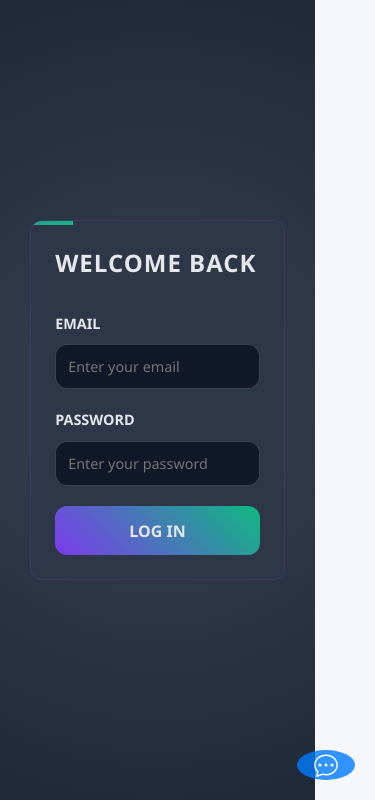
Repository: ferhadsultan98/e-commerce
Page: /
These files come from the project's save history. The page is drawn as it stood at one moment and after a run of saves; the edit follows.
The browser window is 375 px wide. The pictures show the whole page.
The project was rebuilt for these pictures with package versions that can differ from the ones it lists, and the page was loaded fresh each time. Also part of the build but not shown: vite.config.js, src/client/Styles/Products.scss, src/client/Pages/Products/ProductCard.jsx, src/client/Pages/Products/Products.jsx, src/client/Styles/TechSlider.scss, src/client/Pages/TechSlider/TechSlider.jsx, src/client/Styles/TopHeader.scss, src/client/Components/Header/TopHeader.jsx and 28 more.

Above is the page before, as saved 2025-04-22 17:07:18.

### index.html
<!doctype html>
<html lang="en">
  <head>
    <meta charset="UTF-8" />
<link rel="shortcut icon" href="/src/client/Assets/bluelogo.png" type="image/x-icon">
    <meta name="viewport" content="width=device-width, initial-scale=1.0" />
    <title>TechStore</title>
  </head>
  <body>
    <div id="root"></div>
    <script type="module" src="/src/main.jsx"></script>
  </body>
</html>

### src/App.jsx
import React, { useState, useEffect } from 'react';
import './App.scss';
import Router from './Router';
import ChatWidget from './client/Components/Chat/ChatWidget';
import ScrollButton from './client/Components/ScrollButton/ScrollButton';

function App() {
  const [isAuthenticated, setIsAuthenticated] = useState(
    sessionStorage.getItem('isAuthenticated') === 'true'
  );

  useEffect(() => {
    sessionStorage.setItem('isAuthenticated', isAuthenticated);
  }, [isAuthenticated]);

  const handleLogin = () => {
    setIsAuthenticated(true);
  };

  const handleLogout = () => {
    setIsAuthenticated(false);
    sessionStorage.removeItem('isAuthenticated');
  };

  return (
    <>
    <Router
      isAuthenticated={isAuthenticated}
      handleLogin={handleLogin}
      handleLogout={handleLogout}
    />
    <ChatWidget/>
    <ScrollButton/>
    </>
  );
}

export default App;

### src/App.scss
*{
  margin: 0;
  padding: 0;
  box-sizing: border-box;
  font-family: 'Segoe UI', Tahoma, Geneva, Verdana, sans-serif;
}
body{
  background-color: #f5f7fa;
}

### src/Router.jsx
import { BrowserRouter, Routes, Route, Navigate } from "react-router-dom";
import Login from "./client/Components/Login/Login";
import Products from "./client/Pages/Products/Products";
import TechLogoSlider from "./client/Pages/TechSlider/TechSlider";
import Layout from "./client/Components/Layout/Layout";
import productData from "./client/Pages/Products/Products.json";
import ProductFeatures from "./client/Pages/ProductFeatures/ProductFeatures";
import Category from "./client/Pages/Category/Category";
import SubCategory from "./client/Pages/SubCategory/SubCategory";
import { useState } from "react";
import ShoppingCard from "./client/Pages/ShoppingCard/ShoppingCard";
import WishList from "./client/Pages/WishList/WishList";
import Exa from "./client/Pages/Exa/Exa";
import HeroShowcase from "./client/Pages/HeroShowCase/HeroShowCase";
import SearchPage from "./client/Pages/SearchPage/SearchPage";
import MainPage from "./client/Pages/MainPage/MainPage";
import Stores from "./client/Pages/Stores/Stores";

const PrivateRoute = ({ children, isAuthenticated }) => {
  return isAuthenticated ? children : <Navigate to="/login" />;
};

const Router = ({ isAuthenticated, handleLogin, handleLogout }) => {
  const [wishlistItems, setWishlistItems] = useState([]);
  const [cartItems, setCartItems] = useState([]);

  const handleAddToWishlist = (product) => {
    if (!wishlistItems.some((item) => item.id === product.id)) {
      setWishlistItems((prev) => [...prev, product]);
    }
  };

  const handleAddToCart = (product) => {
    if (!cartItems.some((item) => item.id === product.id)) {
      setCartItems((prev) => [...prev, product]);
    }
  };

  const handleRemoveFromWishlist = (productId) => {
    setWishlistItems((prev) => prev.filter((item) => item.id !== productId));
  };

  const handleRemoveFromCart = (productId) => {
    setCartItems((prev) => prev.filter((item) => item.id !== productId));
  };

  return (
    <BrowserRouter>
      <Routes>
        <Route path="/login" element={<Login onLogin={handleLogin} />} />
        <Route
          path="/"
          element={
            <PrivateRoute isAuthenticated={isAuthenticated}>
              <Layout onLogout={handleLogout}>
                <MainPage/>
                <TechLogoSlider />
                <Products
                  onAddToWishlist={handleAddToWishlist}
                  onAddToCart={handleAddToCart}
                />

                <Exa />
                <HeroShowcase />

              </Layout>
            </PrivateRoute>
          }
        />
        <Route
          path="/category/:categoryId"
          element={
            <PrivateRoute isAuthenticated={isAuthenticated}>
              <Layout onLogout={handleLogout}>
                <Category
                  onAddToWishlist={handleAddToWishlist}
                  onAddToCart={handleAddToCart}
                />
              </Layout>
            </PrivateRoute>
          }
        />
        <Route
          path="/category/:categoryId/:subCategoryId"
          element={
            <PrivateRoute isAuthenticated={isAuthenticated}>
              <Layout onLogout={handleLogout}>
                <SubCategory
                  categories={productData.categories}
                  subCategories={productData.subCategories}
                  onAddToWishlist={handleAddToWishlist}
                  onAddToCart={handleAddToCart}
                />
              </Layout>
            </PrivateRoute>
          }
        />
        <Route
          path="/product/:productId/features"
          element={
            <PrivateRoute isAuthenticated={isAuthenticated}>
              <Layout onLogout={handleLogout}>
                <ProductFeatures />
              </Layout>
            </PrivateRoute>
          }
        />
        <Route
          path="/wishlist"
          element={
            <PrivateRoute isAuthenticated={isAuthenticated}>
              <Layout onLogout={handleLogout}>
                <WishList
                  wishlistItems={wishlistItems}
                  onRemoveFromWishlist={handleRemoveFromWishlist}
                />
              </Layout>
            </PrivateRoute>
          }
        />
        <Route
          path="/shoppingcard"
          element={
            <PrivateRoute isAuthenticated={isAuthenticated}>
              <Layout onLogout={handleLogout}>
                <ShoppingCard
                  cartItems={cartItems}
                  onRemoveFromCart={handleRemoveFromCart}
                />
              </Layout>
            </PrivateRoute>
          }
        />
        <Route
          path="/search"
          element={
            <PrivateRoute isAuthenticated={isAuthenticated}>
              <Layout onLogout={handleLogout}>
                <SearchPage
                  onAddToWishlist={handleAddToWishlist}
                  onAddToCart={handleAddToCart}
                />
              </Layout>
            </PrivateRoute>
          }
        />
         <Route
          path="/stores"
          element={
            <PrivateRoute isAuthenticated={isAuthenticated}>
              <Layout onLogout={handleLogout}>
                <Stores
                  onAddToWishlist={handleAddToWishlist}
                  onAddToCart={handleAddToCart}
                />
              </Layout>
            </PrivateRoute>
          }
        />
        <Route
          path="*"
          element={
            isAuthenticated ? <Navigate to="/" /> : <Navigate to="/login" />
          }
        />
      </Routes>
    </BrowserRouter>
  );
};

export default Router;

### src/client/Components/ScrollButton/ScrollButton.jsx
import React, { useState, useEffect } from "react";
import "../../Styles/ScrollButton.scss";
import { FaChevronUp } from "react-icons/fa";

const ScrollButton = () => {
  const [isVisible, setIsVisible] = useState(false);

  // Butonun görünürlüğünü kontrol et
  useEffect(() => {
    const toggleVisibility = () => {
      if (window.pageYOffset > 300) {
        setIsVisible(true);
      } else {
        setIsVisible(false);
      }
    };

    window.addEventListener("scroll", toggleVisibility);
    return () => window.removeEventListener("scroll", toggleVisibility);
  }, []);

  const scrollToTop = () => {
    const scrollStep = (timestamp) => {
      const start = performance.now();
      const duration = 800; // Animasyon süresi (ms)
      const easeInOutQuad = (t) => (t < 0.5 ? 2 * t * t : -1 + (4 - 2 * t) * t);

      const step = () => {
        const progress = Math.min((performance.now() - start) / duration, 1);
        const easing = easeInOutQuad(progress);
        window.scrollTo(0, (1 - easing) * window.pageYOffset);

        if (progress < 1) {
          requestAnimationFrame(step);
        }
      };

      requestAnimationFrame(step);
    };

    requestAnimationFrame(scrollStep);
  };

  return (
    <>
      {isVisible && (
        <button className="scroll-to-top" onClick={scrollToTop}>
          <FaChevronUp />
        </button>
      )}
    </>
  );
};

export default ScrollButton;

### src/client/Components/Login/Login.jsx
import React, { useState } from 'react';
import { useNavigate } from 'react-router-dom';
import '../../Styles/Login.scss';

const Login = ({ onLogin }) => {
  const [email, setEmail] = useState('');
  const [password, setPassword] = useState('');
  const [error, setError] = useState(null);
  const [loading, setLoading] = useState(false);

  const navigate = useNavigate();

  const handleLogin = async (e) => {
    e.preventDefault();
    setError(null);
    setLoading(true);

    try {
      // Simple authentication logic
      if (email && password) {
        sessionStorage.setItem('isAuthenticated', 'true');
        onLogin();
        navigate('/');
      } else {
        throw new Error('Invalid email or password');
      }
    } catch (error) {
      setError(error.message || 'An error occurred. Please try again.');
    } finally {
      setLoading(false);
    }
  };

  return (
    <div className="loginContainer">
      <div className="loginCard">
        <h2>Welcome Back</h2>
        {error && <div className="errorMessage">{error}</div>}
        <form onSubmit={handleLogin}>
          <div className="inputGroup">
            <label htmlFor="email">Email</label>
            <input
              type="email"
              id="email"
              value={email}
              onChange={(e) => setEmail(e.target.value)}
              placeholder="Enter your email"
              required
              disabled={loading}
            />
          </div>
          <div className="inputGroup">
            <label htmlFor="password">Password</label>
            <input
              type="password"
              id="password"
              value={password}
              onChange={(e) => setPassword(e.target.value)}
              placeholder="Enter your password"
              required
              disabled={loading}
            />
          </div>
          <button type="submit" className="loginBtn" disabled={loading}>
            {loading ? 'Logging In...' : 'Log In'}
          </button>
        </form>
      </div>
    </div>
  );
};

export default Login;

### src/client/Styles/ChatWidget.scss
.chatWidget {
  position: fixed;
  bottom: 20px;
  right: 20px;
  z-index: 3000;
  font-family: "Segoe UI", Tahoma, Geneva, Verdana, sans-serif;

  ::-webkit-scrollbar {
    width: 6px;
    height: 6px;
  }

  ::-webkit-scrollbar-track {
    background: transparent;
  }

  ::-webkit-scrollbar-thumb {
    background-color: #888;
    border-radius: 10px;
  }

  ::-webkit-scrollbar-thumb:hover {
    background-color: #555;
  }

  ::-webkit-scrollbar-button {
    display: none;
    height: 0;
    width: 0;
    background: transparent;
  }

  * {
    scrollbar-width: thin;
    scrollbar-color: #888 transparent;
  }

  .chatButton {
    position: fixed;
    bottom: 20px;
    right: 20px;
    width: 50px;
    height: 50px;
    background-color: #007bff;
    color: white;
    border: none;
    border-radius: 50%;
    cursor: pointer;
    font-size: 24px;
    display: flex;
    align-items: center;
    justify-content: center;
    transition: background-color 0.3s ease, transform 0.2s ease,
      opacity 0.3s ease;
    opacity: 0.8;
    z-index: 7;

    &:hover {
      background-color: #0056b3;
      transform: scale(1.1);
      opacity: 1;
    }

    i {
      display: flex;
      font-size: 24px;
    }

    &.active {
      background-color: #0044cc;
      transform: scale(0.95);
      box-shadow: 0 2px 8px rgba(0, 102, 255, 0.4);
    }
  }

  .chatContainer {
    position: fixed;
    bottom: 80px;
    right: 20px;
    width: 350px;
    height: 500px;
    background-color: white;
    border-radius: 12px;
    box-shadow: 0 10px 25px rgba(0, 0, 0, 0.1);
    display: flex;
    flex-direction: column;
    transform: translateY(20px);
    opacity: 0;
    pointer-events: none;
    transition: all 0.4s cubic-bezier(0.175, 0.885, 0.32, 1.275);
    overflow: hidden;

    &.open {
      transform: translateY(0);
      opacity: 1;
      pointer-events: all;
    }

    .chatHeader {
      background-color: #0066ff;
      color: white;
      padding: 16px;
      display: flex;
      justify-content: space-between;
      align-items: center;

      h3 {
        margin: 0;
        font-size: 18px;
      }

      .closeButton {
        background: none;
        border: none;
        color: white;
        font-size: 24px;
        cursor: pointer;
        width: 30px;
        height: 30px;
        display: flex;
        align-items: center;
        justify-content: center;
        border-radius: 50%;
        transition: background-color 0.2s;

        &:hover {
          background-color: rgba(255, 255, 255, 0.2);
        }
      }
    }

    .chatMessages {
      flex: 1;
      padding: 16px;
      overflow-y: auto;
      display: flex;
      flex-direction: column;
      gap: 12px;

      .welcomeMessage {
        background-color: #f1f5ff;
        padding: 14px;
        border-radius: 12px;
        align-self: flex-start;
        max-width: 80%;
        position: relative;
        animation: fadeIn 0.5s ease-out;

        p {
          margin: 0 0 12px 0;
        }

        .messageTime,
        .messageDate {
          font-size: 11px;
          color: #888;
          margin-right: 8px;
        }
      }

      .message {
        display: flex;
        margin-bottom: 8px;
        animation: fadeIn 0.5s ease-out;

        .messageContent {
          padding: 12px;
          border-radius: 12px;
          max-width: 80%;
          position: relative;

          p {
            margin: 0 0 6px 0;
            word-wrap: break-word;
          }

          .messageMetadata {
            display: flex;
            font-size: 11px;
            color: #888;
            margin-top: 4px;

            .messageTime {
              margin-right: 8px;
            }
          }
        }

        &.userMessage {
          justify-content: flex-end;

          .messageContent {
            background-color: #0066ff;
            color: white;
            border-bottom-right-radius: 4px;

            .messageMetadata {
              color: rgba(255, 255, 255, 0.8);
            }
          }
        }

        &.botMessage {
          justify-content: flex-start;

          .messageContent {
            background-color: #f1f5ff;
            color: #333;
            border-bottom-left-radius: 4px;
          }
        }

        &.operatorMessage {
          justify-content: flex-start;

          .messageContent {
            background-color: #ffd166;
            color: #333;
            border-bottom-left-radius: 4px;
          }
        }
      }

      .quickQuestions {
        margin-top: 16px;
        display: flex;
        flex-direction: column;
        gap: 8px;
        animation: fadeIn 0.6s ease-out;

        p {
          margin: 0 0 8px 0;
          font-size: 14px;
          color: #666;
        }

        .quickQuestion {
          background-color: #f1f5ff;
          border: 1px solid #e1e5ff;
          border-radius: 18px;
          padding: 10px 16px;
          font-size: 14px;
          cursor: pointer;
          transition: all 0.2s;
          text-align: left;

          &:hover {
            background-color: #e1e5ff;
            transform: translateY(-1px);
          }

          &:active {
            transform: translateY(1px);
          }
        }
      }

      .operatorOption {
        display: flex;
        justify-content: center;
        margin-top: 16px;
        animation: fadeIn 0.5s ease-out;

        button {
          background-color: #0066ff;
          color: white;
          border: none;
          border-radius: 18px;
          padding: 10px 20px;
          font-size: 14px;
          cursor: pointer;
          transition: all 0.2s;

          &:hover {
            background-color: #0044cc;
          }
        }
      }
    }

    .chatInputForm {
      display: flex;
      gap: 8px;
      padding: 12px;
      background-color: #f9f9f9;
      border-top: 1px solid #eee;

      input {
        flex: 1;
        padding: 12px 16px;
        border: 1px solid #ddd;
        border-radius: 24px;
        font-size: 14px;

        &:focus {
          outline: none;
          border-color: #0066ff;
        }
      }

      .emojiButton,
      .sendButton {
        width: 40px;
        height: 40px;
        border-radius: 50%;
        display: flex;
        align-items: center;
        justify-content: center;
        cursor: pointer;
        border: none;
        transition: all 0.2s;
      }

      .emojiButton {
        background-color: #f1f5ff;
        color: #666;

        &:hover {
          background-color: #e1e5ff;
        }
      }

      .sendButton {
        background-color: #0066ff;
        color: white;

        &:hover {
          background-color: #0044cc;
        }

        &:before {
          content: "→";
          font-size: 20px;
        }
      }
    }
  }
}

@keyframes fadeIn {
  from {
    opacity: 0;
    transform: translateY(10px);
  }
  to {
    opacity: 1;
    transform: translateY(0);
  }
}

@media screen and (max-width: 768px) {
  .chatWidget {
    .chatContainer {
      width: 300px;
      height: 450px;
      bottom: 70px;
    }
  }
}

@media screen and (max-width: 480px) {
  .chatWidget {
    bottom: 0;
    right: 0;

    .chatButton {
      border-radius: 50%;
      width: 30px;
      height: 30px;
      position: fixed;
    }

    .chatContainer {
      width: 100%;
      height: calc(100vh - 120px);
      bottom: 60px;
      right: 0;
      border-radius: 0;

      &.open {
        bottom: 45px;
      }
    }
  }
}

### src/client/Styles/Login.scss
/* Variables */
$primary-color: #7c3aed;
$background-color: #1f2937;
$card-bg: #2d3748;
$accent-color: #10b981;
$error-color: #ef4444;
$text-color: #e5e7eb;
$border-radius: 12px;
$glow-shadow: 0 0 12px rgba($primary-color, 0.3);

/* Base styles */
.loginContainer {
  display: flex;
  justify-content: center;
  align-items: center;
  min-height: 100vh;
  background: radial-gradient(circle at center, #374151 0%, $background-color 100%);
  padding: 1.5rem;
}

.loginCard {
  background: $card-bg;
  padding: 2.5rem;
  border-radius: $border-radius;
  border: 1px solid rgba($primary-color, 0.2);
  width: 100%;
  max-width: 420px;
  position: relative;
  overflow: hidden;
  transition: all 0.3s ease;

  &::before {
    content: '';
    position: absolute;
    top: 0;
    left: 0;
    width: 100%;
    height: 4px;
    background: linear-gradient(90deg, $primary-color, $accent-color);
    animation: slideGlow 3s infinite;
  }

  h2 {
    color: $text-color;
    font-size: 2rem;
    font-weight: 700;
    margin-bottom: 2rem;
    text-transform: uppercase;
    letter-spacing: 1px;
  }
}

@keyframes slideGlow {
  0% { transform: translateX(-100%); }
  50% { transform: translateX(100%); }
  100% { transform: translateX(-100%); }
}

.errorMessage {
  background: rgba($error-color, 0.2);
  color: $error-color;
  padding: 1rem;
  border-radius: $border-radius;
  margin-bottom: 1.5rem;
  font-size: 0.9rem;
  border-left: 4px solid $error-color;
}

.inputGroup {
  margin-bottom: 1.5rem;
  position: relative;
  display: flex;
  flex-direction: column;

  label {
    display: block;
    color: $text-color;
    font-size: 0.9rem;
    font-weight: 600;

    text-transform: uppercase;
  }

  input {
    width: 100%;
    padding: 0.85rem;
    background: #111827;
    border: 1px solid rgba($text-color, 0.2);
    border-radius: $border-radius;
    color: $text-color;
    font-size: 0.9rem;
    transition: all 0.3s ease;

    &:focus {
      outline: none;
      border-color: $primary-color;
      box-shadow: $glow-shadow;
    }

    &:disabled {
      background: #1f2937;
      opacity: 0.6;
      cursor: not-allowed;
    }
  }
}

.loginBtn {
  width: 100%;
  padding: 1rem;
  background: linear-gradient(45deg, $primary-color, $accent-color);
  color: $text-color;
  border: none;
  border-radius: $border-radius;
  font-size: 1rem;
  font-weight: 600;
  text-transform: uppercase;
  cursor: pointer;
  transition: all 0.3s ease;
  position: relative;
  overflow: hidden;

  &:hover:not(:disabled) {
    transform: scale(1.02);
    box-shadow: $glow-shadow;
  }

  &:disabled {
    background: #4b5563;
    cursor: not-allowed;
  }

  &::after {
    content: '';
    position: absolute;
    top: 50%;
    left: 50%;
    width: 0;
    height: 0;
    background: rgba(255, 255, 255, 0.2);
    border-radius: 50%;
    transform: translate(-50%, -50%);
    transition: all 0.4s ease;
  }

  &:hover::after {
    width: 200%;
    height: 200%;
  }
}

/* Responsive design */
@media (max-width: 640px) {
  .loginCard {
    padding: 2rem;
    max-width: 90%;

    h2 {
      font-size: 1.75rem;
    }
  }

  .inputGroup {
    margin-bottom: 1.25rem;

    input {
      padding: 0.75rem;
    }
  }

  .loginBtn {
    padding: 0.85rem;
  }
}

@media (max-width: 480px) {
  .loginContainer {
    padding: 1rem;
  }

  .loginCard {
    padding: 1.5rem;

    h2 {
      font-size: 1.5rem;
    }
  }

  .errorMessage {
    padding: 0.75rem;
    font-size: 0.85rem;
  }
}

### src/client/Styles/Footer.scss
.footerWrapper {
    background-color: #1a202c;
    color: #e2e8f0;
    font-family: "Inter", sans-serif;
    padding-top: 60px;
  }

  .footerContainer {
    max-width: 1280px;
    margin: 0 auto;
    padding: 0 20px;
  }

  .footerTop {
    border-bottom: 1px solid #4a5568;
    padding-bottom: 40px;
  }

  .footerTop .footerContainer {
    display: grid;
    grid-template-columns: repeat(auto-fit, minmax(200px, 1fr));
    gap: 30px;
  }

  .footerColumn {
    display: flex;
    flex-direction: column;
    gap: 20px;
  }

  .footerLogo {
    h2 {
      font-size: 24px;
      font-weight: 700;
      color: #ffffff;
      margin-bottom: 10px;
    }

    p {
      font-size: 14px;
      color: #a0aec0;
    }
  }

  .footerSocial {
    display: flex;
    gap: 15px;

    .socialIcon {
      color: #a0aec0;
      transition: color 0.3s ease;

      &:hover {
        color: #3182ce;
      }
    }
  }

  .footerColumn h3 {
    font-size: 18px;
    font-weight: 600;
    color: #ffffff;
    margin-bottom: 15px;
  }

  .footerLinks {
    list-style: none;
    padding: 0;
    margin: 0;
    display: flex;
    flex-direction: column;
    gap: 10px;

    li {
      a {
        color: #a0aec0;
        text-decoration: none;
        font-size: 14px;
        transition: color 0.3s ease;

        &:hover {
          color: #3182ce;
        }
      }
    }
  }

  .subscribeColumn {
    max-width: 300px;

    p {
      font-size: 14px;
      color: #a0aec0;
      margin-bottom: 20px;
    }
  }

  .subscribeForm {
    display: flex;
    flex-direction: column;
    gap: 10px;
  }

  .inputGroup {
    display: flex;
    gap: 10px;
  }

  .subscribeForm input {
    flex: 1;
    padding: 10px 15px;
    border: 1px solid #4a5568;
    background-color: #2d3748;
    color: #e2e8f0;
    border-radius: 4px;
    font-size: 14px;
    outline: none;

    &::placeholder {
      color: #a0aec0;
    }

    &.inputError {
      border-color: #e53e3e;
    }
  }

  .subscribeButton {
    padding: 10px 20px;
    background-color: #3182ce;
    border: none;
    border-radius: 4px;
    color: #ffffff;
    font-size: 14px;
    font-weight: 500;
    cursor: pointer;
    transition: background-color 0.3s ease;

    &:hover {
      background-color: #2b6cb0;
    }
  }

  .statusMessage {
    font-size: 13px;
    padding: 8px;
    border-radius: 4px;
    text-align: center;

    &.successMessage {
      background-color: #2f855a;
      color: #ffffff;
    }

    &.errorMessage {
      background-color: #e53e3e;
      color: #ffffff;
    }
  }

  .footerBottom {
    padding: 20px 0;
    font-size: 14px;
  }

  .footerBottom .footerContainer {
    display: flex;
    justify-content: space-between;
    align-items: center;
    flex-wrap: wrap;
    gap: 20px;
  }

  .footerCopyright {
    color: #a0aec0;
  }

  .footerLegal {
    display: flex;
    gap: 20px;

    a {
      color: #a0aec0;
      text-decoration: none;
      transition: color 0.3s ease;

      &:hover {
        color: #3182ce;
      }
    }
  }

  /* Responsive Styles */
  @media screen and (max-width: 992px) {
    .footerTop .footerContainer {
      grid-template-columns: repeat(auto-fit, minmax(180px, 1fr));
    }

    .subscribeColumn {
      max-width: 100%;
    }
  }

  @media screen and (max-width: 768px) {
    .footerWrapper {
      padding-top: 40px;
    }

    .footerTop {
      padding-bottom: 30px;
    }

    .footerTop .footerContainer {
      gap: 20px;
    }

    .footerLogo h2 {
      font-size: 20px;
    }

    .footerColumn h3 {
      font-size: 16px;
    }

    .footerLinks li a {
      font-size: 13px;
    }

    .subscribeForm input,
    .subscribeButton {
      font-size: 13px;
    }
  }

  @media screen and (max-width: 576px) {
    .footerBottom .footerContainer {
      flex-direction: column;
      align-items: flex-start;
    }

    .footerLegal {
      flex-direction: column;
      gap: 10px;
    }

    .inputGroup {
      flex-direction: column;
    }

    .subscribeButton {
      width: 100%;
      text-align: center;
    }
  }

Loaded but not shown: src/main.jsx (common file); src/index.css (common file); src/client/Pages/Products/Products.json (1077 lines, source omitted); src/client/Components/Chat/ChatWidget.jsx (249 lines, source omitted)

After the next 2 saves:
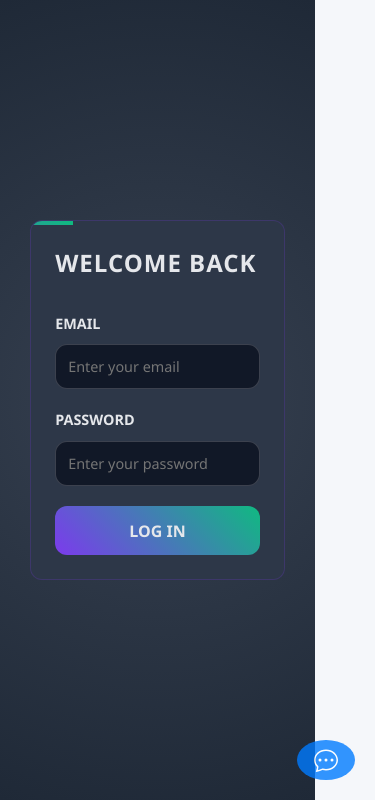
The 2 saves are shown as one change because they came seconds apart.
The last was saved 7 s later.
--- a/src/client/Styles/ChatWidget.scss
+++ b/src/client/Styles/ChatWidget.scss
@@ -365,8 +365,8 @@
 
     .chatButton {
       border-radius: 50%;
-      width: 30px;
-      height: 30px;
+      width: 40px;
+      height: 40px;
       position: fixed;
     }
 
